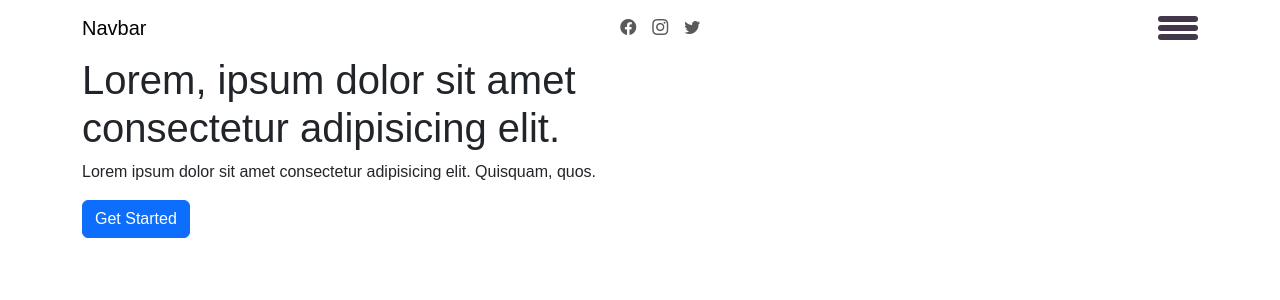
Repository: tagnam/project27012025
Page: index.html
An editor plug-in stored every save of this project. The page is shown before and after the next save, followed by the edit.
The browser window is 1280 px wide. The pictures show the whole page.

Above is the page before, as saved 2025-01-27 13:48:46.

### index.html
<!DOCTYPE html>
<html lang="en">
<head>
    <meta charset="UTF-8">
    <meta name="viewport" content="width=device-width, initial-scale=1.0">
    <link href="https://cdn.jsdelivr.net/npm/bootstrap@5.3.3/dist/css/bootstrap.min.css" rel="stylesheet" integrity="sha384-QWTKZyjpPEjISv5WaRU9OFeRpok6YctnYmDr5pNlyT2bRjXh0JMhjY6hW+ALEwIH" crossorigin="anonymous">
    <link rel="stylesheet" href="style/css/index.css">
    <link rel="stylesheet" href="style/css/animation.css">
    <link rel="stylesheet" href="style/css/responsive.css">
    <title>project27012025</title>
</head>
<body>
<header>
    <!-- --------------------------------------------start nav bar ------------------------------->
    <nav class="navbar navbar-expand-lg ">
        <div class="container">


          <div class="collapse navbar-collapse justify-content-between" id="navbarSupportedContent">
            <a class="navbar-brand" href="#">Navbar</a>
            <ul class="navbar-nav  ">

              <li class="nav-item">
                <a class="nav-link" href="#"><i class="bi bi-facebook"></i></a>
              </li>
              <li class="nav-item">
                <a class="nav-link" href="#"><i class="bi bi-instagram"></i></a>
              </li>
              <li class="nav-item">
                <a class="nav-link" href="#"><i class="bi bi-twitter"></i></a>
              </li>

            </ul>
            <div class="d-flex">
               <div class="menu-container">
                <span class="span-menu-01 menu-icon"></span>
                <span class="span-menu-02 menu-icon"></span>
                <span class="span-menu-03 menu-icon"></span>
            </div>
            </div>
          </div>
        </div>
      </nav>
      <!------------------------------------------------ end navbar ----------------------------->
      <section class="container">
        <div class="row">
            <div class="col-lg-6">
                <div class="content">
                    <h1>Lorem, ipsum dolor sit amet consectetur adipisicing elit.</h1>
                    <p>Lorem ipsum dolor sit amet consectetur adipisicing elit. Quisquam, quos.</p>
                    <button class="btn btn-primary">Get Started</button>
                </div>
            </div>
            <div class="col-lg-6"></div>
        </div>
      </section>

</header>




<script src="https://cdn.jsdelivr.net/npm/bootstrap@5.3.3/dist/js/bootstrap.bundle.min.js" integrity="sha384-YvpcrYf0tY3lHB60NNkmXc5s9fDVZLESaAA55NDzOxhy9GkcIdslK1eN7N6jIeHz" crossorigin="anonymous"></script>
<script src="style/js/custom.js"></script>
</body>
</html>

### style/css/index.css
@import url("https://cdn.jsdelivr.net/npm/bootstrap-icons@1.11.3/font/bootstrap-icons.min.css");

*{
 margin: 0;
padding: 0;
box-sizing: border-box;
}

:root{
    --dark-color:#423849;
    --semi-dark-color:#b46ee0;
    --light-color:#d287d4;
    --main-heading-font-size: 2.5rem;
    --subheading-font-size: 1.5rem;
    --paragraph-font-size: 1rem;

}


body{
    font-family: 'Poppins', sans-serif;


}

.menu-icon{
    display: block;
    width: 40px;
    height: 6px;
    background-color: var(--dark-color);
    margin: 3px auto;
    border-radius: 20px;
    cursor: pointer;
}

Loaded but not shown: style/js/custom.js (no copy from this time; the picture is the same without it); style/css/animation.css (no stored copy; drawn as an empty file); style/css/responsive.css (no stored copy; drawn as an empty file)

After the next save:
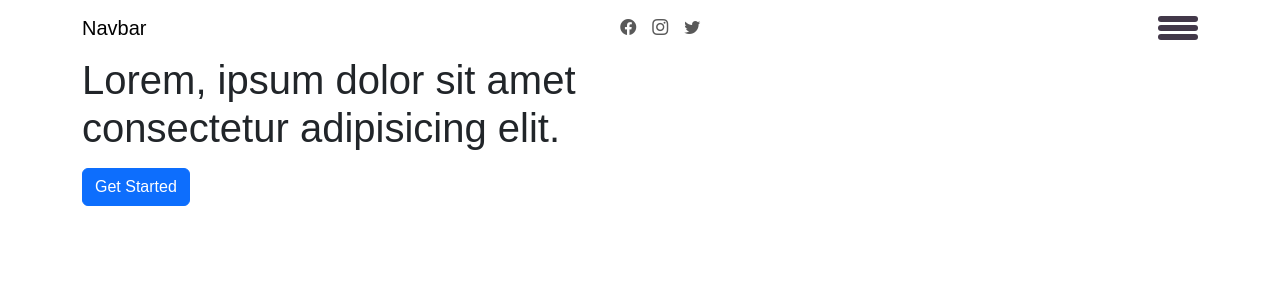
Saved 14 s later.
--- a/index.html
+++ b/index.html
@@ -47,7 +47,7 @@
             <div class="col-lg-6">
                 <div class="content">
                     <h1>Lorem, ipsum dolor sit amet consectetur adipisicing elit.</h1>
-                    <p>Lorem ipsum dolor sit amet consectetur adipisicing elit. Quisquam, quos.</p>
+                    <p></p>
                     <button class="btn btn-primary">Get Started</button>
                 </div>
             </div>
